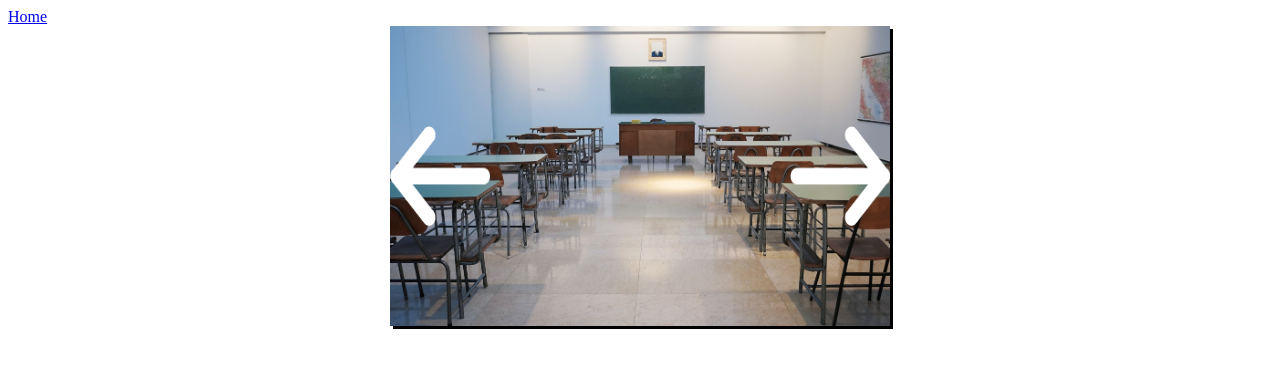
Repository: sierralaurent/Class08-UseEffect
Page: /carouselPage
The author's editor kept a copy of each file at every save. The page is drawn from the files as they stood at one save, then again after the next save.
The browser window is 1280 px wide. The pictures show the whole page.
The project was rebuilt for these pictures with package versions that can differ from the ones it lists, and the page was loaded fresh each time. The framework's server and built-in components were replaced by stand-ins that run in the browser. Also part of the build but not shown: next.config.js.

Above is the page before, as saved 2023-02-20 17:09:50.

After the next save:
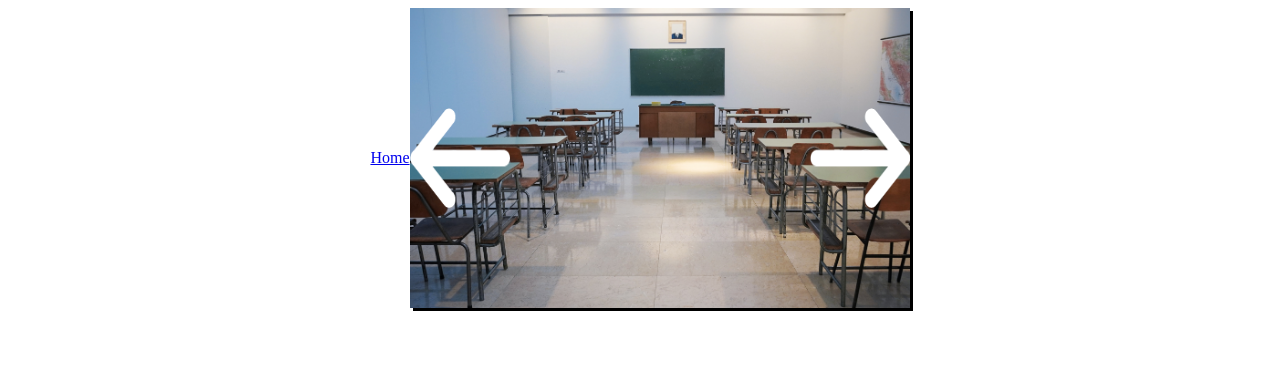
Saved 9 s later.
--- a/styles/CarouselPage.module.css
+++ b/styles/CarouselPage.module.css
@@ -1 +1,10 @@
 /** flex or grid on stylzijg the pages**/
+
+.title {
+
+}
+.body {
+    display: flex;
+    justify-content: center;
+    align-items: center;
+}
